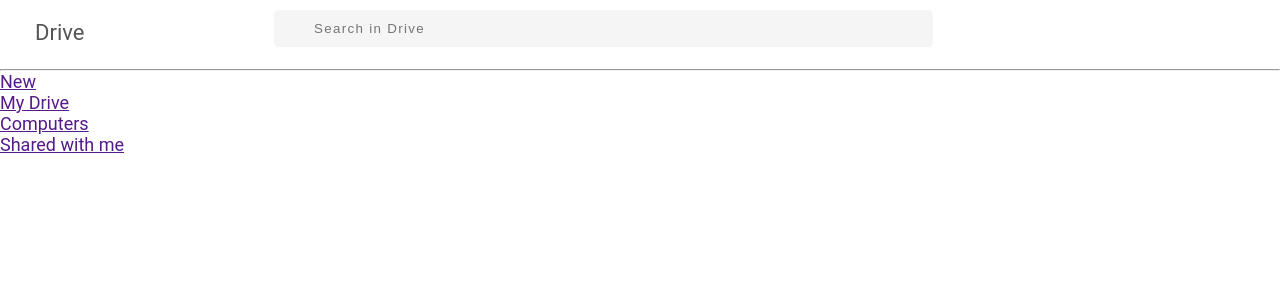
Repository: smit1298/driveclone
Page: index.html
The author's editor kept a copy of each file at every save. The page is drawn from the files as they stood at one save, then again after a run of saves.
The browser window is 1280 px wide. The pictures show the whole page.
Some icons come from a web library that is not loaded, so they are not drawn.

Above is the page before, as saved 2022-02-14 02:23:59.

### index.html
<!DOCTYPE html>
<html lang="en">

<head>
    <meta charset="UTF-8">
    <meta http-equiv="X-UA-Compatible" content="IE=edge">
    <meta name="viewport" content="width=device-width, initial-scale=1.0">
    <link rel="stylesheet" href="index.css">
    <title>Google Drive</title>
</head>

<body>
    <section class="main">
        <section class="top">
            <section class="logo">
                <span class="iconify" data-icon="logos:google-drive"></span>
                <a href="http://">Drive</a>
            </section>


            <section id="search">
                <input type="text" placeholder="Search in Drive">
                <span class="iconify search" data-icon="ci:search"></span>
                <span class="iconify horizontal" data-icon="akar-icons:settings-horizontal"></span>
            </section>

            <section class="icons">
                <span class="one">
                    <span class="iconify" data-icon="ant-design:question-circle-outlined"></span>
                    <span class="iconify" data-icon="clarity:settings-line"></span>
                </span>

                <span class="two">
                    <span class="iconify" data-icon="fe:app-menu"></span>
                    <span class="iconify" data-icon="carbon:user-avatar-filled"></span>
                </span>
            </section>


        </section>

    </section>
    <hr>
    <aside>
        <section class="new">
            <p><a href=""><span class="iconify" data-icon="gridicons:plus-small"></span>
                    New
                </a></p>
        </section>
        <section class="details">
            <span class="drive">
                <span class="iconify" data-icon="bx:caret-right"></span>
                <span class="iconify" data-icon="fa6-regular:hard-drive"></span>
                <p><a href="">My Drive</a></p>
            </span>
            <section class="computers">
                <span class="iconify" data-icon="bx:caret-right"></span><span class="iconify"
                    data-icon="clarity:computer-solid"></span>
                <p><a href="">
                        Computers
                    </a></p>
            </section>
            <section class="shared">
                <span class="iconify" data-icon="ic:outline-people-alt"></span>
                <p><a href="">Shared with me</a></p>
            </section>
            <section class="recent">

            </section>
            <section class="starred">

            </section>
            <section class="bin">

            </section>
        </section>
    </aside>

</body>
<script src="https://code.iconify.design/2/2.1.2/iconify.min.js"></script>

</html>

### index.css
* {
  margin: 0;
  padding: 0;
}

body {
  font-size: 1.125rem;
  font-family: "Roboto", sans-serif;
  color: rgb(85, 85, 85);
  /* border-bottom: 1px solid rgb(85, 85, 85); */
}
.main {
  padding: 10px 30px;
}
.top {
  display: grid;
  grid-template-columns: 20% 60% 20%;
  padding-bottom: 10px;
}
/* .top:horizontal{
  font-weight: 900;
} */
.logo {
  font-size: 22px;
  position: relative;
}
.logo .iconify {
  font-size: 40px;
}
.logo > a {
  color: rgb(85, 85, 85);
  text-decoration: none;
  position: absolute;
  top: 10px;
  padding-left: 5px;
}
#search {
  position: relative;
  width: 100%;
}
#search > input {
  background-color: rgba(209, 202, 202, 0.192);
  border-radius: 5px;
  width: 90%;
  height: 95%;
  border-style: none;
}
#search > input::placeholder {
  padding-left: 40px;
  letter-spacing: 0.1em;
}
.search {
  position: absolute;
  left: 10px;
  top: 10px;
  font-size: 25px;
  font-weight: 700;
}
.horizontal {
  position: absolute;
  right: 90px;
  top: 10px;
  font-size: 25px;
  font-weight: 700;
}

.icons {
  font-size: 25px;
  padding-top: 10px;
  margin-left: 10px;
}

.one {
  padding-left: 20px;
  padding-right: 10px;
}

.one > .iconify {
  padding-left: 10px;
  padding-right: 10px;
}

.two {
  padding-left: 10px;
  padding-right: 10px;
}

.two > .iconify {
  padding-left: 10px;
  padding-right: 10px;
}

After the next 4 saves:
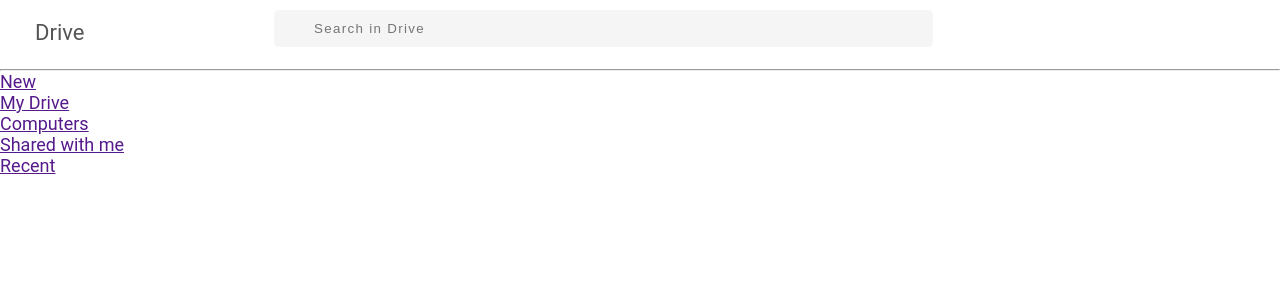
The 4 saves are shown as one change because they came seconds apart.
The last was saved 110 s later.
--- a/index.html
+++ b/index.html
@@ -65,7 +65,7 @@
                 <p><a href="">Shared with me</a></p>
             </section>
             <section class="recent">
-
+                <span class="iconify" data-icon="fontisto:clock"></span> <p><a href="">Recent</a></p>
             </section>
             <section class="starred">
 
